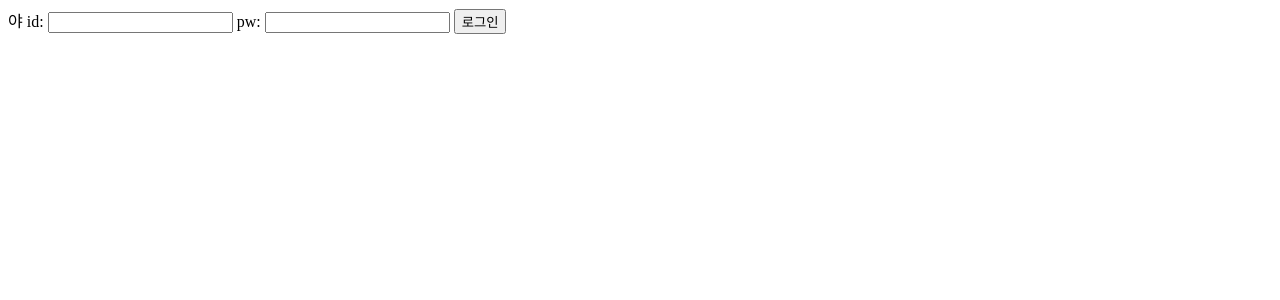
Repository: deok2kim/Java
Page: http://localhost/spring01/login.do
These files come from the project's save history. The page is drawn as it stood at one moment and after the next save; the edit follows.
The browser window is 1280 px wide. The pictures show the whole page.
The page is served by Tomcat 9. Other server files are loaded and not shown.

Above is the page before, as saved 2020-11-24 14:13:49.

### spring01/src/main/webapp/WEB-INF/views/test/login.jsp
<%@ page language="java" contentType="text/html; charset=UTF-8"
    pageEncoding="UTF-8"%>
<!DOCTYPE html>
<html>
<head>
<meta charset="UTF-8">
<title>Insert title here</title>
<script src="http://code.jquery.com/jquery-3.4.1.min.js"></script>
<script>
$(function(){
	$("#btnLogin").click(function(){
		id=$("#id").val();
		pw=$("#pw").val();
		param={"id": id, "pw": pw};
		$.ajax({
			type: "post",
			url: "login_result.do",
			data: param,
			success: function(result){
				$("#result").html(result);
			}
		})
	})
})
</script>
</head>
<body>
야
id: <input type="text" id="id">
pw: <input type="password" id="pw">
<input type="button" id="btnLogin" value="로그인">

<div id="result"></div>
</body>
</html>

After the next save:
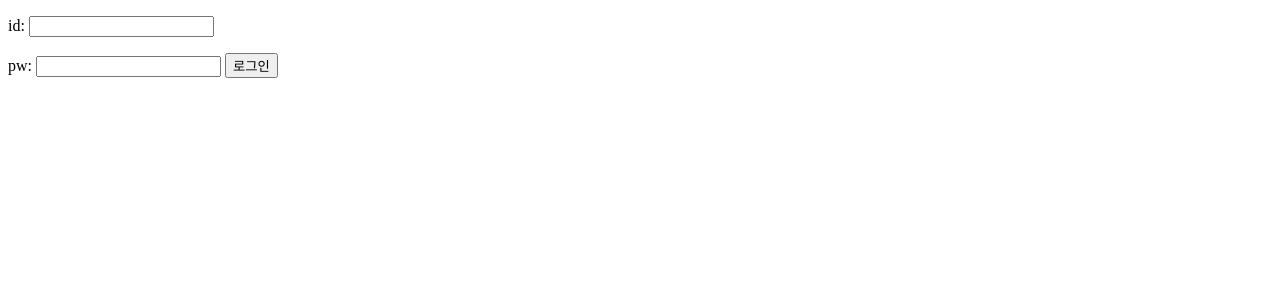
Saved 32 s later.
--- a/spring01/src/main/webapp/WEB-INF/views/test/login.jsp
+++ b/spring01/src/main/webapp/WEB-INF/views/test/login.jsp
@@ -25,8 +25,8 @@ $(function(){
 </script>
 </head>
 <body>
-야
-id: <input type="text" id="id">
+
+<p>id: <input type="text" id="id"> </p>
 pw: <input type="password" id="pw">
 <input type="button" id="btnLogin" value="로그인">
 
